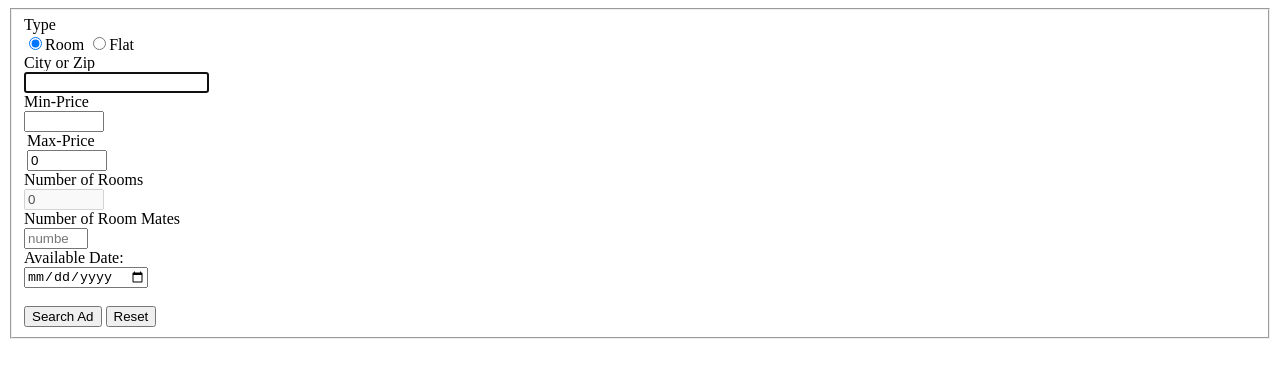
Repository: ese-unibe-ch/ese2014-team4
Page: http://localhost/share-a-flat/pages/searchCriteria.jsp
An editor plug-in stored every save of this project. The page is shown before and after the next save, followed by the edit.
The browser window is 1280 px wide. The pictures show the whole page.
The page is served by Tomcat 9. Nobody is signed in. The application's start-up code is not run. The template is opened directly, without the code that normally fills it, so the values that code supplies are empty.

Above is the page before, as saved 2014-11-24 13:26:23.
Console error: ReferenceError: $ is not defined

After the next save:
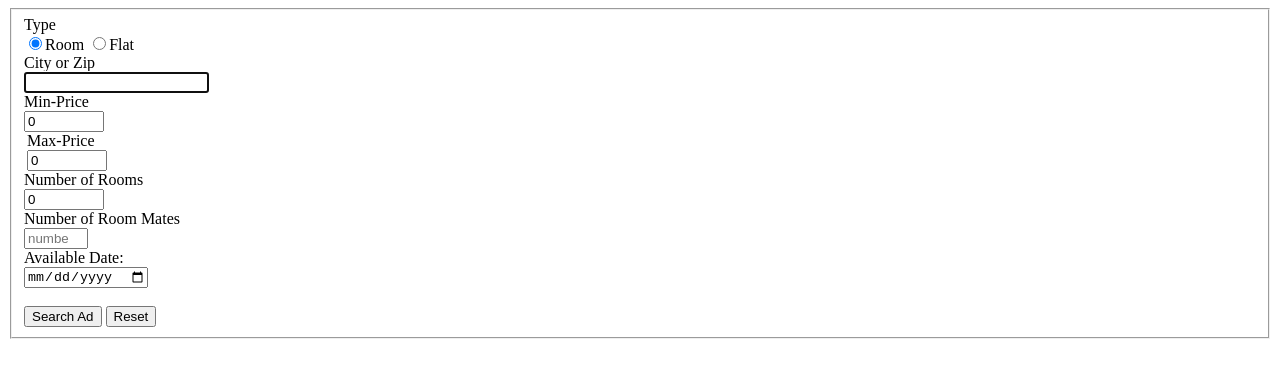
Saved 5 h 50 min later.
--- a/share-a-flat/src/main/webapp/pages/searchCriteria.jsp
+++ b/share-a-flat/src/main/webapp/pages/searchCriteria.jsp
@@ -68,7 +68,7 @@
 						<label class="control-label" for="field-minPrice">Min-Price</label>
 						<div class="controls">
 							<form:input type="number" min="0" max="10000" step="1" class="form-control" path="minPrice"
-								id="field-minPrice" tabindex="4" maxlength="35" value=""
+								id="field-minPrice" tabindex="4" maxlength="35" value="0"
 								onfocus="(this.value == '0') && (this.value = '')"
 								onblur="(this.value == '') && (this.value = '0')" />
 							<form:errors path="minPrice" cssClass="help-inline"
@@ -108,7 +108,7 @@
 						<form:input type="number" min="0" max="100" step="0.5" class="form-control" path="nrOfRooms"
 							id="field-nrOfRooms" tabindex="6" maxlength="35" value="0"
 							onfocus="(this.value == '0') && (this.value = '')"
-							onblur="(this.value == '') && (this.value = '0')" disabled="true" />
+							onblur="(this.value == '') && (this.value = '0')" />
 						<form:errors path="nrOfRooms" cssClass="help-inline"
 							element="span" />
 					</div>
@@ -145,6 +145,14 @@
 							element="span" />
 						<br>
 					</div>
+					<script type="text/javascript">
+					// When the document is ready
+					$(document).ready(function() {
+						$('#field-availableDate').datepicker({
+							format: "dd-mm-yyyy"
+						});
+					});
+				</script>
 				</div>
 
 				<span id="SearchErrorMessage"></span>
